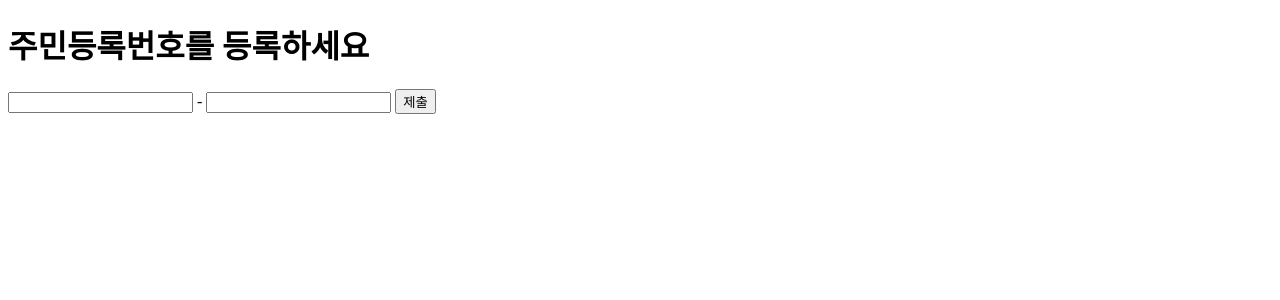
Repository: Jamikidu/newJsp
Page: http://localhost/jspProj/redirectExam/input.jsp
The author's editor kept a copy of each file at every save. The page is drawn from the files as they stood at one save, then again after the next save.
The browser window is 1280 px wide. The pictures show the whole page.
The page is served by Tomcat 9. Other server files are loaded and not shown.

Above is the page before, as saved 2023-08-02 10:59:59.

### jspProj/src/main/webapp/redirectExam/input.jsp
<%@ page language="java" contentType="text/html; charset=UTF-8"
    pageEncoding="UTF-8"%>
<!DOCTYPE html>
<html>
<head>
<meta charset="UTF-8">
<title>주민등록번호</title>
</head>
<body>
<h1>주민등록번호를 등록하세요</h1>
<form action="output.jsp" method="post">
<input type="text" name="frontNum"> - <input type="text" name="backNum">
<button type="submit">제출</button>
</form>
</body>
</html>

After the next save:
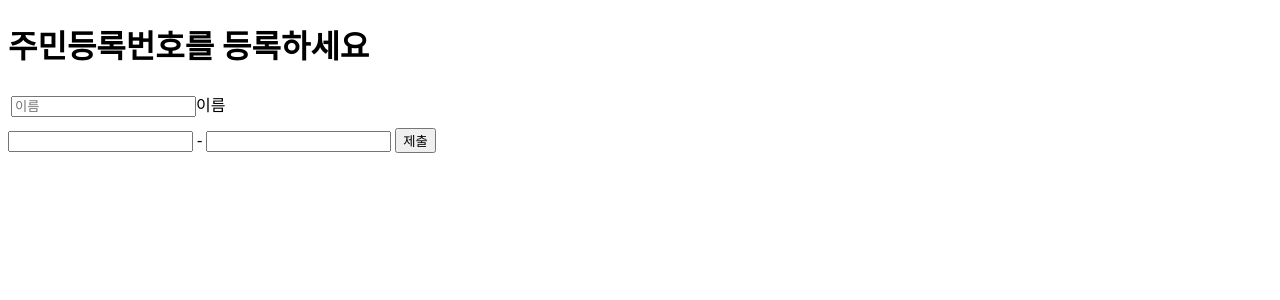
Saved 19 min 16 s later.
--- a/jspProj/src/main/webapp/redirectExam/input.jsp
+++ b/jspProj/src/main/webapp/redirectExam/input.jsp
@@ -9,6 +9,23 @@
 <body>
 <h1>주민등록번호를 등록하세요</h1>
 <form action="output.jsp" method="post">
+<table>
+	<tr>
+		<td><input type="text" name="name" placeholder="이름">이름</td>
+	</tr>
+	<tr>
+		<td></td>
+		<td></td>
+		<td></td>
+	</tr>
+	<tr>
+		<td></td>
+		<td></td>
+		<td></td>
+	</tr>
+</table>
+
+
 <input type="text" name="frontNum"> - <input type="text" name="backNum">
 <button type="submit">제출</button>
 </form>
